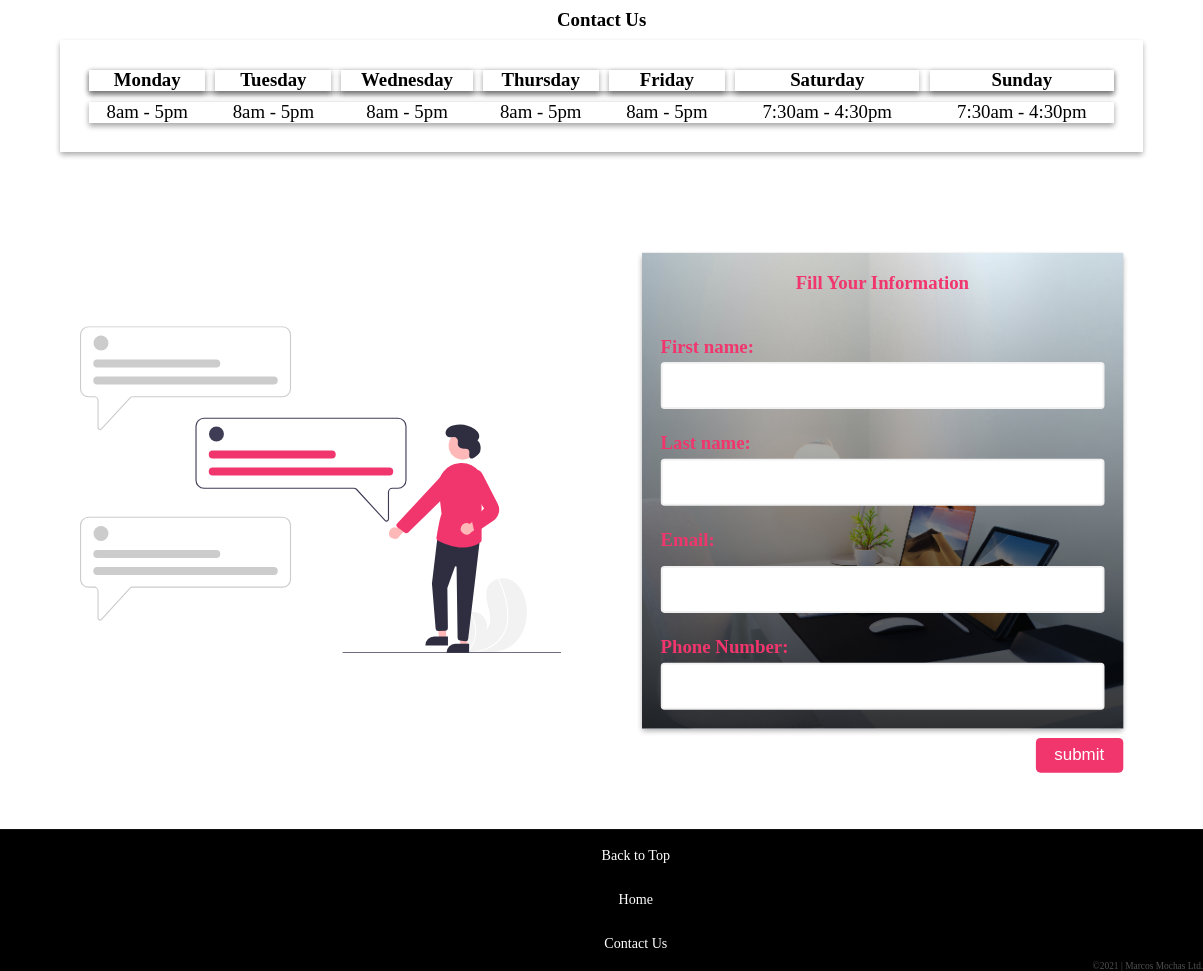
Repository: CAMPSLOPY/marcos-mochas
Page: HTML/contact.html
The author's editor kept a copy of each file at every save. The page is drawn from the files as they stood at one save, then again after the next save.
The browser window is 1280 px wide. The pictures show the whole page, at 94% of full size.

Above is the page before, as saved 2021-07-05 00:30:52.

### HTML/contact.html
<!DOCTYPE html>
<html lang="en">
<head>
    <meta charset="UTF-8">
    <meta http-equiv="X-UA-Compatible" content="IE=edge">
    <meta name="viewport" content="width=device-width, initial-scale=1.0">
    <meta name="robots" content="index,follow" />
    <meta
      name="description"
      content=""
    />
    <link rel="stylesheet" href="/CSS/contact.css">
    <title>Contact Us</title>
</head>
<body>
    <header >
        <!--page hours title-->
        <h1  class="header-text">Contact Us</h1>



    <div class="header-table-content">


        <!--Page hours and contact form-->
        <table cellspacing="11">
        <tr>
            <th>Monday</th>
            <th>Tuesday</th>
            <th>Wednesday</th>
            <th>Thursday</th>
            <th>Friday</th>
            <th>Saturday</th>
            <th>Sunday</th>
        </tr>
        <tr class="tr-rule">
            <td>8am - 5pm</td>
            <td>8am - 5pm</td>
            <td>8am - 5pm</td>
            <td>8am - 5pm</td>
            <td>8am - 5pm</td>
            <td>7:30am - 4:30pm</td>
            <td>7:30am - 4:30pm</td>
        </tr>
        </table>
    </div>
</header>


<main>
<div class="form-content">
<div class="form-content-text">
    <img src="/contactt.svg" alt="">
    </div>

    <!--Hours table start here-->

        <!--Form starts here-->
        <!-- i wrapped the form inside a div content so that we can give it freedo
        when styling -->

            <form class="contact-form" action="">
                <h2>Fill Your Information</h2>

                <div class="form-control">
                    <!--first name input/required-->
                    <label for="fname">First name:</label>
                    <input type="text" id="fname" name="fname" value="" required>
                </div>
               <div class="form-control">
                 <!--last name input/required-->
                 <label for="lname">Last name:</label>
                 <input type="text" id="lname" name="lname" value="" required>
               </div>

               <div class="form-control">
                  <!--email address input/required-->
                  <label for="email">Email:</label><br>
                  <input type="text" id="email" name="Email" value="" required>
               </div>

               <div class="form-control">
                   <!--Phone number input/not required-->
                <label for="Phone">Phone Number:</label>
                <input type="text" id="phone" name="Phone" value="">
               </div>

                <!--Submit button-->
                <button class="btn" type="submit">submit</button>
                      </form>
        </div>

    </main>

    <!--page navi links & copyright-->
    <footer>
        <div class="contact-footer">
        <ul>
            <!-- IDEA: img / just text for our "logo" -->
            <li><a href="#top">Back to Top</a></li>
            <li><a href="/HTML/Index.html">Home</a></li>
            <li><a href="/HTML/contact.html">Contact Us</la></li>
        </ul>
        </div>
        <!--Copyright class -->
        <div class="copyright">
            <a>&copy;2021 | Marcos Mochas Ltd.</a>
        </div>
    </footer>
</body>
</html>

### CSS/contact.css
/* universal styling of the contact page */
* {
  margin: 0;
  padding: 0;
  box-sizing: border-box;
}

body {
  min-height: 100vh;
  background: white;
}

html {
  font-size: 62.5%;
  scroll-behavior: smooth;
}
/* Header Styling */
header {
  text-align: center;
  min-height: 10vh;
  color: black;
}
header h1 {
  padding: 1rem 0;
  margin-top: 1rem 0;
}
.header-table-content {
  padding: 2rem;
  cursor: pointer;
  display: flex;
  align-items: center;
  justify-content: center;
  box-shadow: 0 3px 6px rgba(0, 0, 0, 0.16), 0 3px 6px rgba(0, 0, 0, 0.23);
  width: 90%;
  margin: auto;
}

/* styling the Form */

.form-content {
  text-align: center;
  display: flex;
  min-height: 100vh;
  justify-content: space-evenly;
  align-items: center;
  flex: 2 1 40rem;
  color: white;
  margin: auto;
}
.form-content-text {
  position: relative;
  width: 40%;
  height: 100%;
}

.form-content-text img {
  width: 100%;
  height: 100%;
  object-fit: cover;
}
.contact-form {
  width: 40%;
  height: 100%;
  position: relative;
  background: linear-gradient(to top, rgba(0, 0, 0, 0.8), transparent),
    url("/pexels-elvis-2528118.jpeg");
  background-position: center;
  background-repeat: no-repeat;
  background-size: cover;
  box-shadow: 0 3px 6px rgba(0, 0, 0, 0.16), 0 3px 6px rgba(0, 0, 0, 0.23);
}
.contact-form h2 {
  font-size: 2rem;
  padding: 2rem 0rem;
  color: #f1356d;
}
.form-control {
  margin: 2rem;
  position: relative;
  cursor: pointer;
}

.form-control label {
  font-size: 2rem;
  display: block;
  text-align: left;
  font-weight: bold;
  padding: 5px 0px;
  color: black;
  color: #f1356d;
}
.form-control input {
  border: 2px solid #f0f0f0;
  border-radius: 4px;
  display: block;
  width: 100%;
  font-size: 14px;
  padding: 15px;
  outline: none;
}

.btn {
  padding: 8px 20px;
  cursor: pointer;
  position: absolute;
  right: 0;
  outline: none;
  border: none;
  color: white;
  margin-top: 1rem;
  border-radius: 5px;
  font-size: 1.8rem;
  background: #f1356d;
}
.btn:hover {
  color: black;
  transition: 0.2s ease-in;
}
/* styling for hours table */
table tr,
th {
  font-size: 2rem;
  box-shadow: 0 3px 6px rgba(0, 0, 0, 0.16), 0 3px 6px rgba(0, 0, 0, 0.23);
}

table {
  width: 100%;
}
table tr th:hover {
  background-color: #f1356d;
  transition: 0.2s ease-in;
  color: white;
}
.tr-rule {
  box-shadow: 0 3px 6px rgba(0, 0, 0, 0.16), 0 3px 6px rgba(0, 0, 0, 0.23);
}
/*Footer css code*/

/*The links at the bottom of the footer shouldnt be stacked up and placed at the bottom of the page*/

footer {
  min-height: 10vh;
  background: black;
  display: flex;
  justify-content: space-between;
  align-items: center;
  position: relative;
  overflow: hidden;
  cursor: pointer;
}
footer ul li {
  padding: 1rem 0rem;
  margin: 1rem auto;
}
footer ul li a {
  color: white;
  list-style-type: none;
  text-decoration: none;
  font-size: 1.5rem;
}
.contact-footer{
    display: inline-block;
    text-align: center;
    position: relative;
    left: 50%;
}
.copyright {
  color: rgba(255, 255, 255, 0.315);
  font-size: 1rem;
  position: absolute;
  bottom: 0;
  right: 0;
}

/* MOBILE RESPONSIVESNESS */

@media screen and (max-width: 932px) {
header{
display: none;
}

}

After the next save:
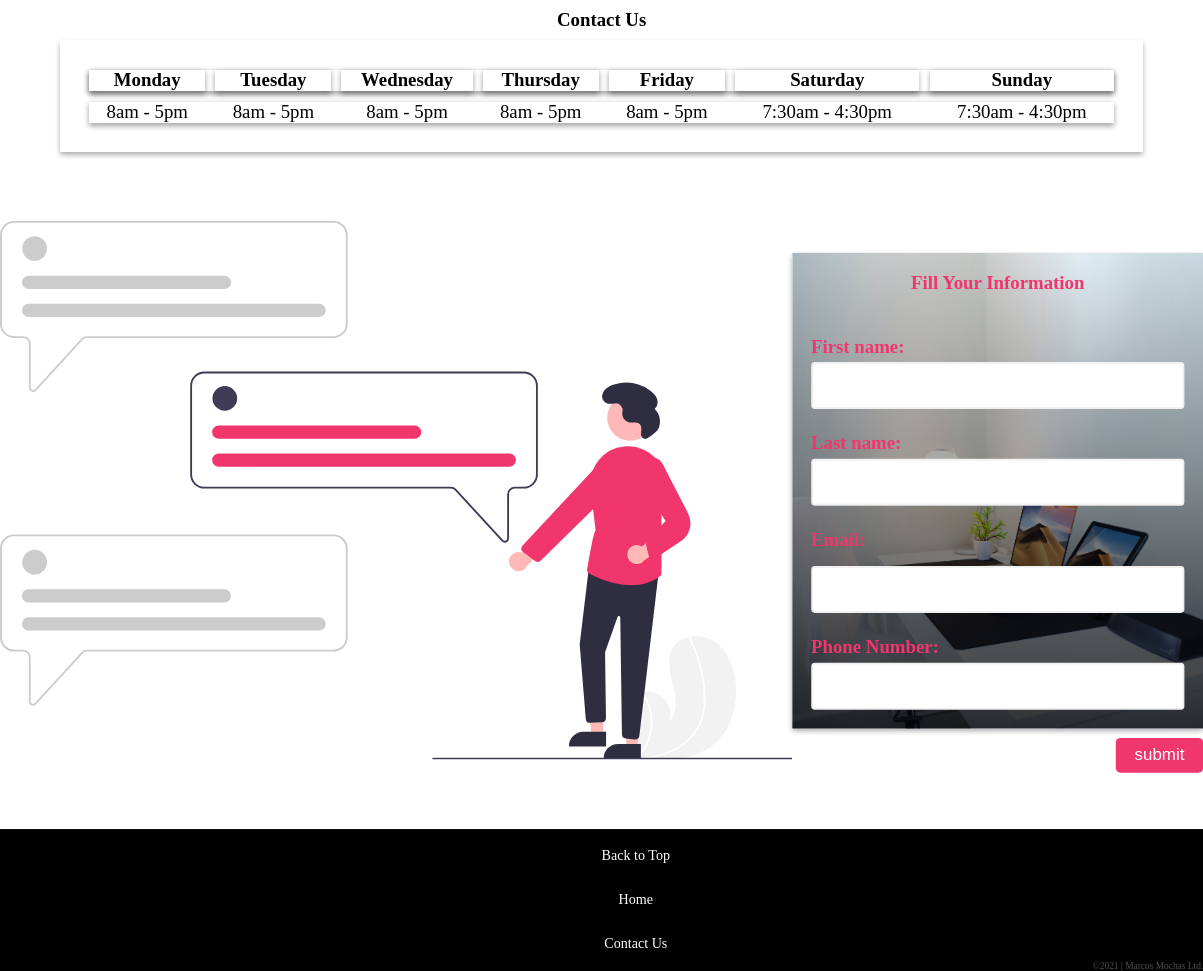
Saved 23 s later.
--- a/HTML/contact.html
+++ b/HTML/contact.html
@@ -49,7 +49,7 @@
 
 <main>
 <div class="form-content">
-<div class="form-content-text">
+<div class="form-content-image">
     <img src="/contactt.svg" alt="">
     </div>
 

After the save that followed:
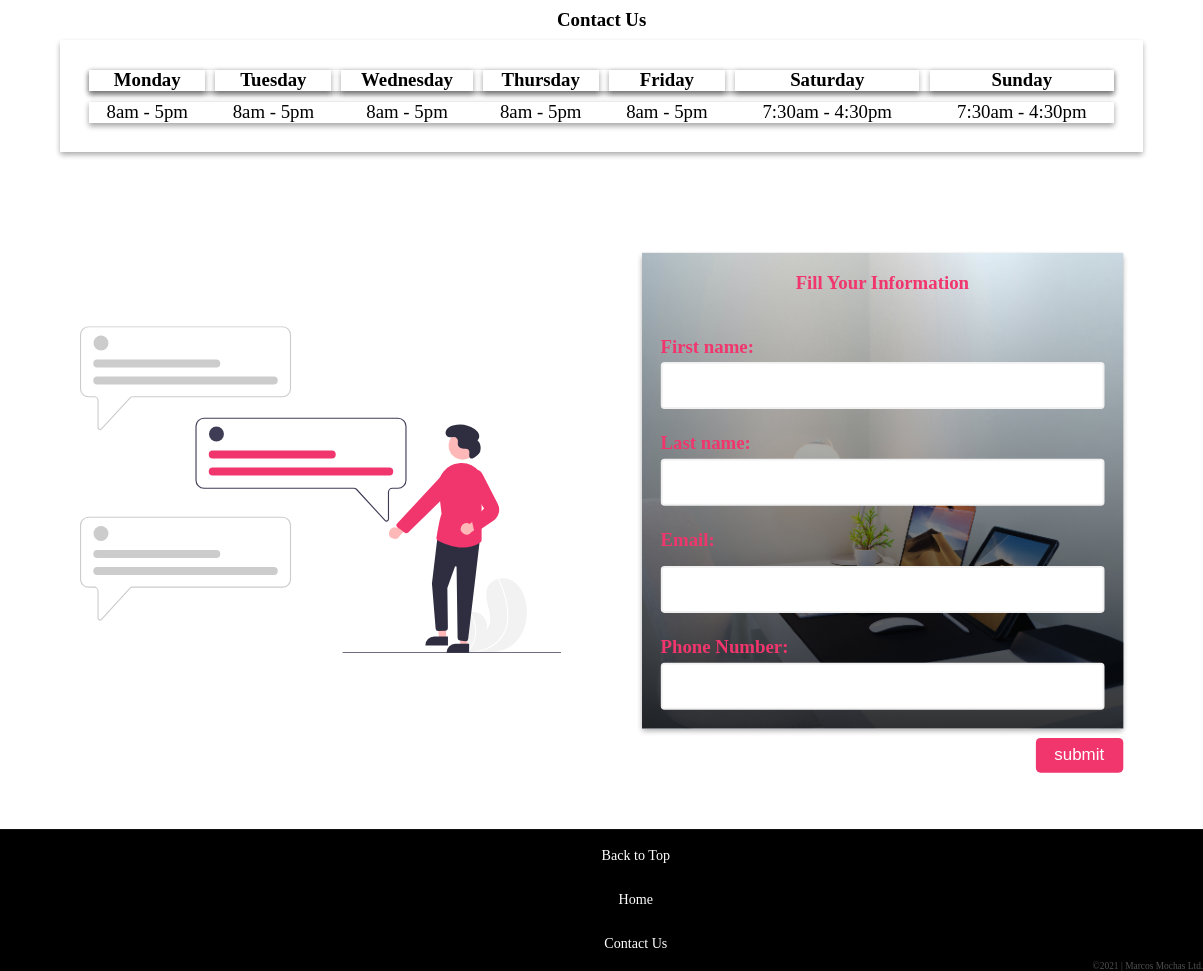
Saved 15 s later.
--- a/HTML/contact.html
+++ b/HTML/contact.html
@@ -49,7 +49,7 @@
 
 <main>
 <div class="form-content">
-<div class="form-content-image">
+<div class="form-content-text">
     <img src="/contactt.svg" alt="">
     </div>
 
